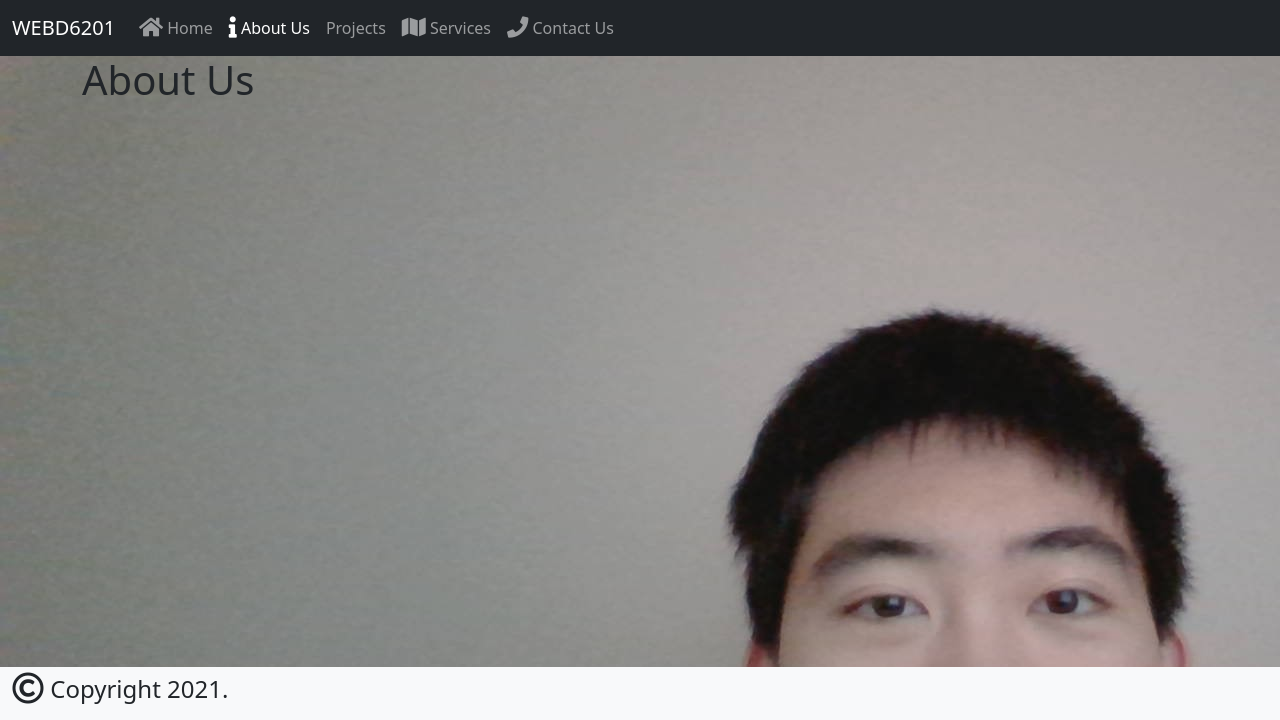
Repository: YiuWingLau/WEBD6201-W2021-Lab1
Page: about.html
An editor plug-in stored every save of this project. The page is shown before and after the next save, followed by the edit.
The browser window is 1280 px wide. The pictures show the whole page.

Above is the page before, as saved 2021-02-03 22:19:24.
Console error: TypeError: newPicture.setAttribute is not a function

### about.html
<!DOCTYPE html>
<html lang="en">
<head>
    <meta charset="UTF-8">
    <meta name="viewport" content="width=device-width, initial-scale=1.0">
    <title>About</title>

    <!--CSS Section -->
    <link rel="stylesheet" href="./node_modules/bootstrap/dist/css/bootstrap.min.css">
    <link rel="stylesheet" href="./node_modules/@fortawesome//fontawesome-free/css/all.min.css">
    <link rel="stylesheet" href="./Content/app.css">
</head>
<body>
    <!-- Main Header-->
    <header>
      <!-- Main Navigation-->
      <nav class="navbar navbar-expand-lg navbar-dark bg-dark">
          <div class="container-fluid">
            <a class="navbar-brand" href="index.html">WEBD6201</a>
            <button class="navbar-toggler" type="button" data-bs-toggle="collapse" data-bs-target="#navbarSupportedContent" aria-controls="navbarSupportedContent" aria-expanded="false" aria-label="Toggle navigation">
              <span class="navbar-toggler-icon"></span>
            </button>
            <div class="collapse navbar-collapse" id="navbarSupportedContent">
              <ul class="navbar-nav me-auto mb-2 mb-lg-0">

                  <li class="nav-item">
                    <a class="nav-link" aria-current="page" href="index.html"><i class="fas fa-home fa-lg"></i> Home</a>
                  </li>

                  <li class="nav-item">
                    <a class="nav-link active" aria-current="page" href="about.html"><i class="fas fa-info fa-lg"></i> About Us</a>
                  </li>
                  <li class="nav-item">
                    <a id="navBarProjects" class="nav-link" aria-current="page" href="products.html"><i class="fas fa-cog fa-lg"></i> Products</a>
                  </li>
                  <li class="nav-item">
                    <a class="nav-link" aria-current="page" href="services.html"><i class="fas fa-map fa-lg"></i> Services</a>
                  </li>
                  <li class="nav-item">
                    <a class="nav-link" aria-current="page" href="contact.html"><i class="fas fa-phone fa-lg"></i> Contact Us</a>
                  </li>
              </ul>
            </div>
          </div>
      </nav>
    </header>

    <!-- Main Content -->
    <main class="container">
        <h1>About Us</h1>
    </main>

    <!-- Main Footer -->
    <footer>
        <nav class="navbar fixed-bottom navbar-light bg-light">
            <div class="container-fluid">
              <h4><i class="far fa-copyright fa-lg"></i> Copyright 2021.</a></h4>
            </div>
        </nav>
    </footer>
    <!-- JavaScript Section -->
    <script src="./node_modules/jquery/dist/jquery.min.js"></script>
    <script src="./node_modules/bootstrap/dist/js/bootstrap.bundle.min.js"></script>
    <script src="./Scripts/app.js"></script>
</body>
</html>

### Content/app.css
body {
    background-image: url('images/img_me.jpg');
}

### Scripts/app.js
/* custom JavaScript goes here */

//IIFE - Immediately Invoked Function Expression
//AKA - Anonymous Self-Executing Function
//Closure - limits scope leak

"use strict";

(function()
{
    function displayHome()
    {
        let paragraphOneText =
          "This is a simple site to demonstrate DOM Manipulation for ICE 1";

        let paragraphOneElement = document.getElementById("paragraphOne");

        paragraphOneElement.textContent = paragraphOneText;
        paragraphOneElement.className = "fs-5";

        // Step 1. document.createElement
        let newParagraph = document.createElement("p");
        // Step 2. configure the element
        newParagraph.setAttribute("id", "paragraphTwo");
        newParagraph.textContent = "...And this is paragraph two";
        // Step 3. select the parent element
        let mainContent = document.getElementsByTagName("main")[0];
        // Step 4. Add / Insert the element
        mainContent.appendChild(newParagraph);
        newParagraph.className = "fs-6";

        // another way of injecting content
        let paragraphDiv = document.createElement("div");
        let paragraphThree = `<p id="paragraphThree" class="fs-7 fw-bold">And this is the Third Paragraph</p>`;
        paragraphDiv.innerHTML = paragraphThree;

        // insertions

        // example of inserting before a node
        //newParagraph.before(paragraphDiv);

        // example of inserting after a node
        newParagraph.after(paragraphDiv);

        // deletions

        // example of removing a single element
        //paragraphOneElement.remove();

        // example of removeChild
        mainContent.removeChild(paragraphOneElement);
        // update / modification
        //mainContent.firstElementChild.textContent = "Welcome Home!";

        mainContent.innerHTML = `<h1 id="firstHeading">Welcome to Nelson's web page</h1>
         <p id="paragraphOne" class="fs-3 fw-bold">This is my home page, I'm welcome everyone to visit my site.</p>
        `;

    }

    function displayAbout()
    {
                // Step 1. document.createElement
                let newParagraph = document.createElement("p");
                let newPicture = `<div style="background-image: url('img_me.jpg');">`
                // Step 2. configure the element
                newParagraph.setAttribute("id", "introducemyself");
                newParagraph.textContent = "Hi~ My name is Nelson Lau. I am a computer programmer student, studied at durham college.";
                newPicture.setAttribute("id", "mypic");
                pictureDIV.innerHTML = newPicture;
                // Step 3. select the parent element
                let mainContent = document.getElementsByTagName("main")[0];
                // Step 4. Add / Insert the element
                mainContent.appendChild(newParagraph);
                mainContent.innerHTML = `<div id="mypic" style="background-image: url('./images/img_me.jpg');">`;
                newParagraph.className = "fs-6";
    }

    function displayProjects()
    {
        // Step 1. document.createElement
        let newParagraph = document.createElement("p");
        // Step 2. configure the element
        newParagraph.setAttribute("id", "myprojects");
        newParagraph.textContent = "Here are my famourite projects.";
        // Step 3. select the parent element
        let mainContent = document.getElementsByTagName("main")[0];
        // Step 4. Add / Insert the element
        mainContent.appendChild(newParagraph);
        newParagraph.className = "fs-6";
    }

    function displayServices()
    {

        // another way of injecting content
        let paragraphDiv = document.createElement("div");
        let paragraphThree = `<p id="paragraphThree" class="fs-7 fw-bold">And this is the Third Paragraph</p>`;
        paragraphDiv.innerHTML = paragraphThree;

        // insertions

        // example of inserting before a node
        // newParagraph.before(paragraphDiv);

        // example of inserting after a node
        newParagraph.after(paragraphDiv);

        // deletions

        // example of removing a single element
        //paragraphOneElement.remove();

        // example of removeChild
       // mainContent.removeChild(paragraphOneElement);
        // update / modification
        //mainContent.firstElementChild.textContent = "Welcome Home!";
    }

    function displayContact()
    {
        let messageArea = document.getElementById("messageArea");
        messageArea.hidden = true;

        // form validation
        let fullName = document.getElementById("fullName");
        fullName.addEventListener("blur", function() {
            if(fullName.value.length < 2)
            {
                fullName.focus();
                fullName.select();
                messageArea.hidden = false;
                messageArea.className = "alert alert-danger";
                messageArea.textContent = "Please enter an appropriate Name";
            }
            else
            {
                messageArea.removeAttribute("class");
                messageArea.hidden = true;
            }
        });

        let sendButton = document.getElementById("sendButton");
        sendButton.addEventListener("click", function(event){
            //event.preventDefault();

            let contact = new Contact(fullName.value, contactNumber.value, emailAddress.value);

            if(contact.serialize())
            {
              localStorage.setItem((localStorage.length + 1).toString(), contact.serialize());
            }

        });
    }

    function displayContactList()
    {
      if (localStorage.length > 0)
      {
        let contactList = document.getElementById("contactList");

        let data = "";

        for (let index = 0; index < localStorage.length; index++)
        {
          let contactData = localStorage.getItem((index + 1).toString());

          let contact = new Contact();
          contact.deserialize(contactData);

          data += `<tr>
          <th scope="row">${index + 1}</th>
          <td>${contact.FullName}</td>
          <td>${contact.ContactNumber}</td>
          <td>${contact.EmailAddress}</td>
        </tr>`;
        }

        contactList.innerHTML = data;
      }
    }



    function Start()
    {
        console.log("App Started...");

        //document.open("text/html","replace");
        //document.write("<a class='nav-link' aria-current='page' href='products.html'><i class="fas fa-cog fa-lg"></i> Products</a>");

        //<a id="navbarSupportedContent">Projects</a>
        //let navBarElement = getElementById("navbarSupportedContent");

        document.getElementById("navBarProjects").href = "projects.html";
        document.getElementById("navBarProjects").text = " Projects";
        //document.getElementById("navBarProjects").setAttribute("class", "fas fa-cog fa-lg");


        switch (document.title)
        {
          case "Home":
              displayHome();
            break;
          case "About":
              displayAbout();
            break;
          case "Projects":
              displayProjects();
            break;
          case "Services":
              displayServices();
            break;
          case "Contact":
              displayContact();
            break;
          case "Contact-List":
            displayContactList();
          break;
        }

    }

    window.addEventListener("load", Start);

})();

Loaded but not shown: node_modules/bootstrap/dist/css/bootstrap.min.css (library); node_modules/@fortawesome/fontawesome-free/css/all.min.css (library); node_modules/jquery/dist/jquery.min.js (library); node_modules/bootstrap/dist/js/bootstrap.bundle.min.js (library)

After the next save:
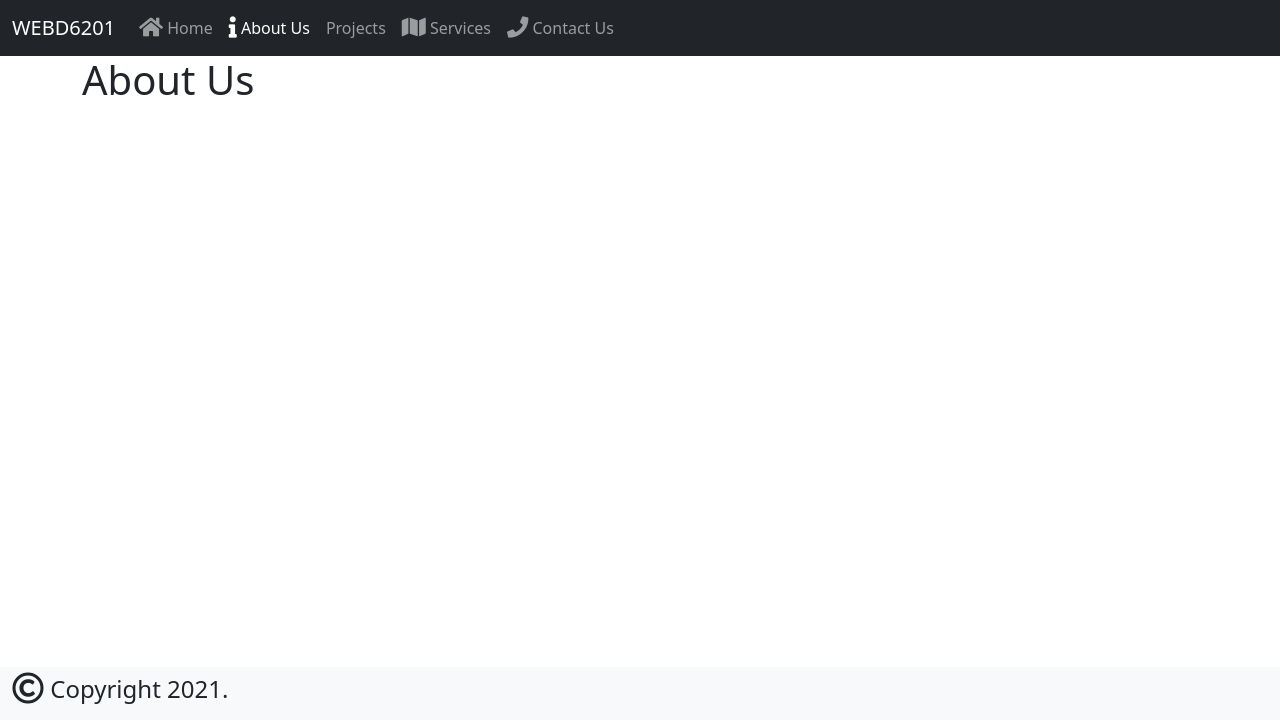
Saved 38 s later.
--- a/Content/app.css
+++ b/Content/app.css
@@ -1,3 +1,3 @@
 body {
-    background-image: url('images/img_me.jpg');
+    background-color: powerblue;
 }
